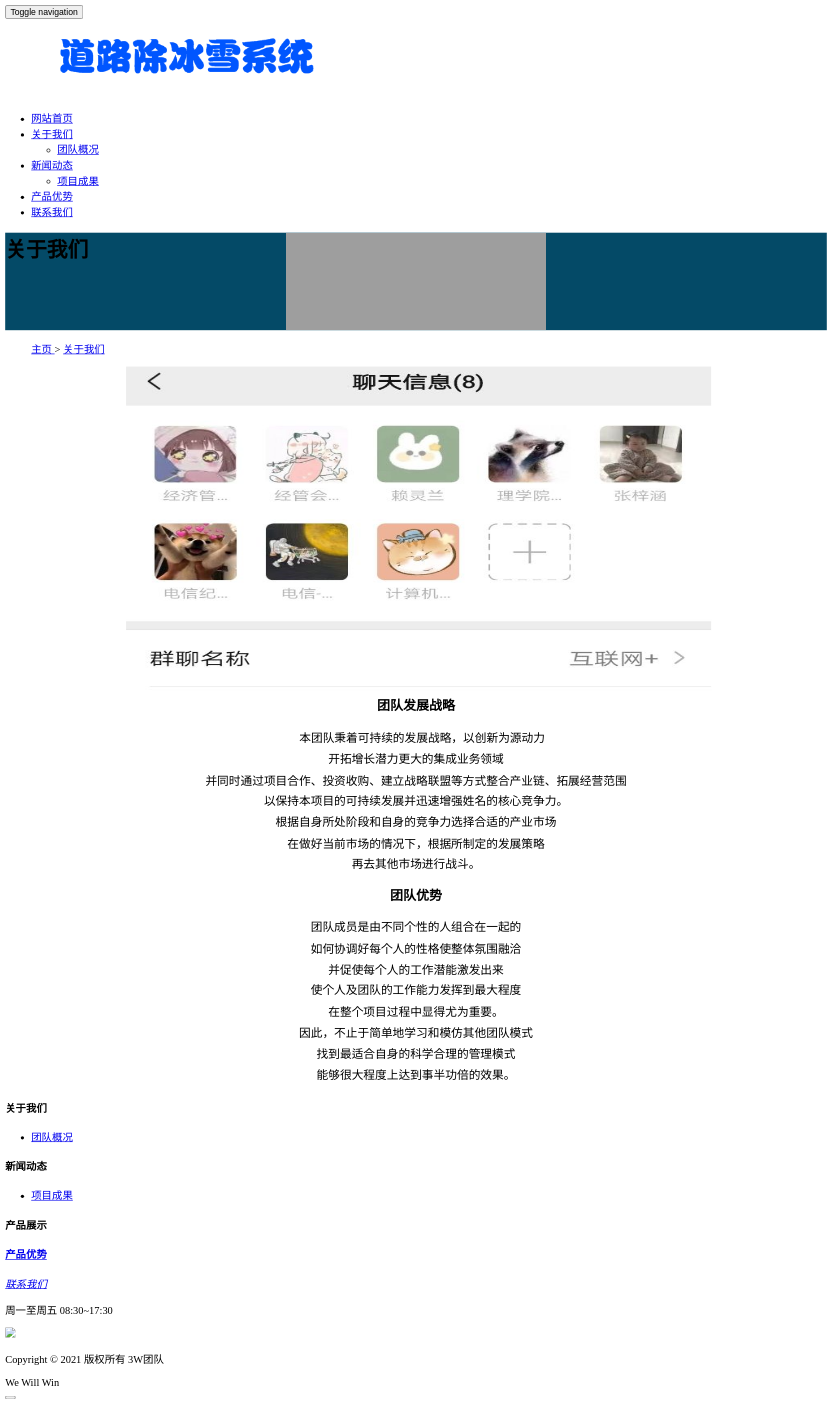
Repository: Au369/Au369
Page: about.html
The author's editor kept a copy of each file at every save. The page is drawn from the files as they stood at one save, then again after the next save.
The browser window is 1280 px wide. The pictures show the whole page, at 65% of full size.
Pictures or frames that could not be fetched are drawn as grey boxes. The page's requests for data from a server got no answer.

Above is the page before, as saved 2021-06-07 11:25:16.

### about.html
<!DOCTYPE HTML>
<html>



<head>
        <meta name="renderer" content="webkit">
        <meta charset="utf-8" />
        <meta http-equiv="X-UA-Compatible" content="IE=edge,chrome=1">
        <meta name="viewport" content="width=device-width, initial-scale=1.0, user-scalable=0, minimal-ui">
        <meta name="generator" content="dede58 5.3.9" data-variable="" />
        <title>
            关于我们
        </title>
        <meta name="keywords" content="" />
        <meta name="description" content="" />
        <link rel="stylesheet" href="css/3af1bf1fa0061831.css">
        <!--[if lt IE 10]>
            <script src="js/media.match.min.js">
            </script>
            <script src="js/respond.min.js">
            </script>
            <script src="js/classlist.min.js">
            </script>
        <![endif]-->
    </head>

    <body>
        <!--[if lte IE 8]>
            <div class="text-center padding-top-50 padding-bottom-50 bg-blue-grey-100">
                <p class="browserupgrade font-size-18">
                    你正在使用一个
                    <strong>
                        过时
                    </strong>
                    的浏览器。请
                    <a href="http://browsehappy.com/" target="_blank">
                        升级您的浏览器
                    </a>
                    ，以提高您的体验。
                </p>
            </div>
        <![endif]-->
           <nav class="navbar navbar-default met-nav " role="navigation">
            <div class="container">
                <div class="row">
                    <div class="navbar-header">
                        <button type="button" class="navbar-toggle hamburger collapsed" data-target="#example-navbar-default-collapse"
                        data-toggle="collapse">
                            <span class="sr-only">
                                Toggle navigation
                            </span>
                            <span class="hamburger-bar">
                            </span>
                        </button>
                        <a href="index.html" class="navbar-brand navbar-logo vertical-align" title="道路除雪系统">
                            <div class="vertical-align-middle">
                                <img src="images/logo.png" alt="道路除雪系统"
                                title="道路除雪系统" />
                            </div>
                        </a>
                    </div>
                    <div class="collapse navbar-collapse navbar-collapse-toolbar" id="example-navbar-default-collapse">
                        <ul class="nav navbar-nav navbar-right navlist">
                            <li>
                                <a href="index.html" title="网站首页" class="link">
                                    网站首页
                                </a>
                            </li>
                            <li class="dropdown margin-left-20">
                                <a class="dropdown-toggle link " data-toggle="dropdown" data-hover="dropdown"
                                href="about.html" aria-expanded="false" role="button" title="关于我们">
                                    关于我们
                                    <i class="fa fa-angle-down small">
                                    </i>
                                </a>
                                <ul class="dropdown-menu dropdown-menu-right bullet" role="menu">
                                    <li>
                                        <a href="about.html" title="团队概况">
                                            团队概况
                                        </a>
                                    </li>


                                </ul>
                            </li>
                            <li class="dropdown margin-left-20">
                                <a class="dropdown-toggle link " data-toggle="dropdown" data-hover="dropdown"
                                href="news.html" aria-expanded="false" role="button" title="新闻动态">
                                    新闻动态
                                    <i class="fa fa-angle-down small">
                                    </i>
                                </a>
                                <ul class="dropdown-menu dropdown-menu-right bullet" role="menu">

                                    <li>
                                        <a href="#" title="项目成果">
                                            项目成果
                                        </a>
                                    </li>

                                </ul>
                            </li>

                            <li class="margin-left-20">
                                <a href="case.html" title="产品优势" class="link ">
                                   产品优势
                                </a>
                            </li>
                            <li class="margin-left-20">
                                <a href="contact.html" title="联系我们" class="link ">
                                    联系我们
                                </a>
                            </li>
                        </ul>
                    </div>
                </div>
            </div>
        </nav>


        <div class="met-banner-ny vertical-align text-center" style="height:150px;background: url(images/gy.jpg) center center no-repeat;background-color:#044a67;">
            <h1 class="vertical-align-middle">
                关于我们
            </h1>
        </div>
        <div class="met-position  ">
            <div class="container">
                <div class="row">
                    <ol class="breadcrumb">
                        <a href='index.html'>
                            主页
                        </a>
                        >
                        <a href='about.html'>
                            关于我们
                        </a>
                    </ol>
                </div>
            </div>
        </div>

        <section class="met-show animsition">
            <div class="container">
                <div class="row">
                    <div>
                        <div>
                            <div style="text-align: center;">
                                &nbsp;
                                <img src="images/all1.jpg" style="font-family: 'Segoe UI', 'Lucida Grande', Helvetica, Arial, 'Microsoft YaHei', FreeSans, Arimo, 'Droid Sans', 'wenquanyi micro hei', 'Hiragino Sans GB', 'Hiragino Sans GB W3', Roboto, Arial, sans-serif; font-size: 18px; line-height: 32.4px; box-sizing: border-box; border: 0px; vertical-align: middle; max-width: 100%; height: 506px; display: inline; width: 900px;"
                                title="all1.jpg" />
                            </div>
                            <p style="box-sizing: border-box; margin: 0px 0px 16px; font-family: 'Segoe UI', 'Lucida Grande', Helvetica, Arial, 'Microsoft YaHei', FreeSans, Arimo, 'Droid Sans', 'wenquanyi micro hei', 'Hiragino Sans GB', 'Hiragino Sans GB W3', Roboto, Arial, sans-serif; font-size: 20px; line-height: 32.4px; text-align: center;">
                                <span style="box-sizing: border-box; line-height: 1.42857;font-weight:bold">
                                    团队发展战略
                                </span>

                            </p>
                            <p style="box-sizing: border-box; margin: 0px 0px 16px; font-family: 'Segoe UI', 'Lucida Grande', Helvetica, Arial, 'Microsoft YaHei', FreeSans, Arimo, 'Droid Sans', 'wenquanyi micro hei', 'Hiragino Sans GB', 'Hiragino Sans GB W3', Roboto, Arial, sans-serif; font-size: 18px; line-height: 32.4px; text-align: center;">
                                <span style="box-sizing: border-box; line-height: 1.42857;">
                                      &nbsp&nbsp&nbsp
                                      本团队秉着可持续的发展战略，以创新为源动力</br>
                                      开拓增长潜力更大的集成业务领域</br>
                                      并同时通过项目合作、投资收购、建立战略联盟等方式整合产业链、拓展经营范围</br>
                                      以保持本项目的可持续发展并迅速增强姓名的核心竞争力。</br>
                                      根据自身所处阶段和自身的竞争力选择合适的产业市场</br>
                                      在做好当前市场的情况下，根据所制定的发展策略</br>
                                      再去其他市场进行战斗。
                                </span>
                            </p>
                            <p style="box-sizing: border-box; margin: 0px 0px 16px; font-family: 'Segoe UI', 'Lucida Grande', Helvetica, Arial, 'Microsoft YaHei', FreeSans, Arimo, 'Droid Sans', 'wenquanyi micro hei', 'Hiragino Sans GB', 'Hiragino Sans GB W3', Roboto, Arial, sans-serif; font-size: 20px; line-height: 32.4px; text-align: center;">
                                <span style="box-sizing: border-box; line-height: 1.42857;font-weight:bold">
                                    团队优势
                                </span>

                            </p>
                            <p style="box-sizing: border-box; margin: 0px 0px 16px; font-family: 'Segoe UI', 'Lucida Grande', Helvetica, Arial, 'Microsoft YaHei', FreeSans, Arimo, 'Droid Sans', 'wenquanyi micro hei', 'Hiragino Sans GB', 'Hiragino Sans GB W3', Roboto, Arial, sans-serif; font-size: 18px; line-height: 32.4px; text-align: center;">
                                团队成员是由不同个性的人组合在一起的</br>
                                如何协调好每个人的性格使整体氛围融洽</br>
                                并促使每个人的工作潜能激发出来</br>
                                使个人及团队的工作能力发挥到最大程度</br>
                                在整个项目过程中显得尤为重要。</br>
                                因此，不止于简单地学习和模仿其他团队模式</br>
                                找到最适合自身的科学合理的管理模式</br>
                                能够很大程度上达到事半功倍的效果。

                            </p>




                        </div>
                    </div>
                </div>
            </div>
        </section>

            <div class="met-footnav text-center">
            <div class="container">
                <div class="row mob-masonry">
                    <div class="col-md-2 col-sm-3 col-xs-6 list masonry-item">
                        <h4>
                            关于我们
                        </h4>
                        <ul>
                            <li>
                                <a href="#" title="团队概况">
                                   团队概况
                                </a>
                            </li>

                        </ul>
                    </div>
                    <div class="col-md-2 col-sm-3 col-xs-6 list masonry-item">
                        <h4>
                            新闻动态
                        </h4>
                        <ul>
                            <li>
                                <a href="#" title="项目成果">
                                    项目成果
                                </a>
                            </li>

                        </ul>
                    </div>
                    <div class="col-md-2 col-sm-3 col-xs-6 list masonry-item">
                        <h4>
                            产品展示
                        </h4>
                        <!--
                        <ul>
                            <li>
                                <a href="#" title="营销型网站">
                                    营销型网站
                                </a>
                            </li>
                            <li>
                                <a href="#" title="响应式网站">
                                    响应式网站
                                </a>
                            </li>
                            <li>
                                <a href="#" title="电子商务型网站">
                                    电子商务型网站
                                </a>
                            </li>
                            <li>
                                <a href="#" title="外贸型网站">
                                    外贸型网站
                                </a>
                            </li>
                            <li>
                                <a href="#" title="企业型网站">
                                    企业型网站
                                </a>
                            </li>
                        </ul>
                    -->
                    </div>
                    <div class="col-md-2 col-sm-3 col-xs-6 list masonry-item">
                        <h4>
                        <a href="case.html" title="产品优势">
                            产品优势
                        </a>
                        </h4>
                        <ul>
                        </ul>
                    </div>
                    <div class="col-md-3 col-ms-12 col-xs-12 info masonry-item">
                        <em>
                            <a href="tel:10086" title="联系我们">
                                联系我们
                            </a>
                        </em>
                        <p>
                            周一至周五 08:30~17:30
                        </p>
                        <a id="met-weixin">
                            <i class="fa fa-weixin light-green-700">
                            </i>
                        </a>
                        <div id="met-weixin-content" class="hide">
                            <div class="text-center met-weixin-img">
                                <img src="#" />
                            </div>
                        </div>
                        <a href="http://crm2.qq.com/page/portalpage/wpa.php?uin=123456789&amp;aty=0&amp;a=0&amp;curl=&amp;ty=1"
                        rel="nofollow" target="_blank">
                            <i class="fa fa-qq">
                            </i>
                        </a>
                        <a href="#" rel="nofollow" target="_blank">
                            <i class="fa fa-weibo red-600">
                            </i>
                        </a>
                    </div>
                </div>
            </div>
        </div>
        <footer>

               <div class="container text-center">
                <p>
                    Copyright &copy; 2021 版权所有 3W团队
                </p>

                <div class="powered_by_metinfo">
                   We Will Win
                </div>
            </div>
        </footer>
        <button type="button" class="btn btn-icon btn-ftop btn-squared met-scroll-top hide">
            <i class="icon wb-chevron-up" aria-hidden="true">
            </i>
        </button>
        <script src="js/d4cff3922527a903.js">
        </script>
    </body>

    </body>



</html>

Loaded but not shown: js/d4cff3922527a903.js (library); css/3af1bf1fa0061831.css (no copy from this time; the picture is the same without it)

After the next save:
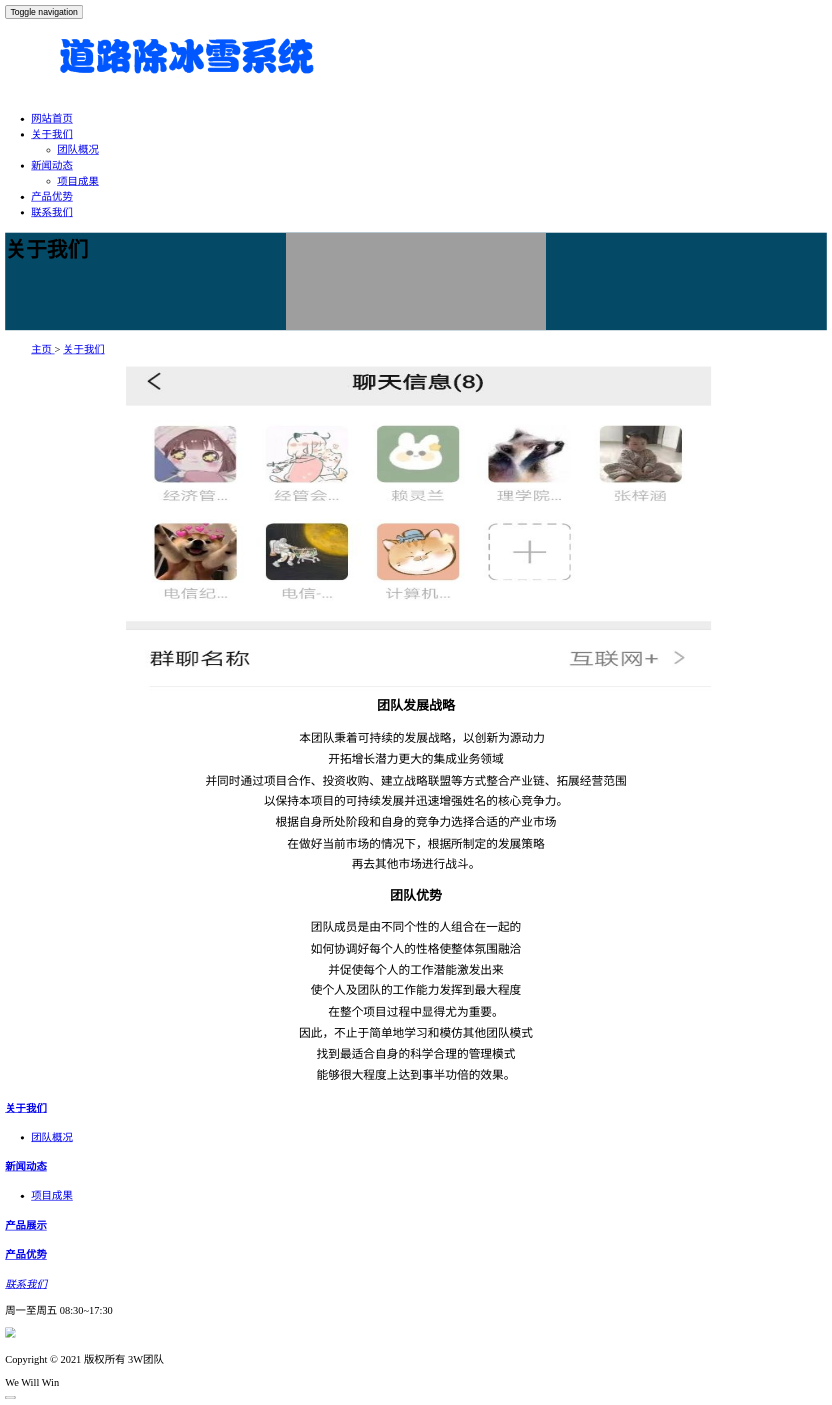
Saved 4 min 51 s later.
--- a/about.html
+++ b/about.html
@@ -200,11 +200,13 @@
                 <div class="row mob-masonry">
                     <div class="col-md-2 col-sm-3 col-xs-6 list masonry-item">
                         <h4>
+                          <a href="about.html" title="关于我们">
                             关于我们
+                            </a>
                         </h4>
                         <ul>
                             <li>
-                                <a href="#" title="团队概况">
+                                <a href="about.html" title="团队概况">
                                    团队概况
                                 </a>
                             </li>
@@ -213,11 +215,13 @@
                     </div>
                     <div class="col-md-2 col-sm-3 col-xs-6 list masonry-item">
                         <h4>
+                        <a href="news.html" title="新闻动态">
                             新闻动态
+                        </a>
                         </h4>
                         <ul>
                             <li>
-                                <a href="#" title="项目成果">
+                                <a href="news.html" title="项目成果">
                                     项目成果
                                 </a>
                             </li>
@@ -226,7 +230,9 @@
                     </div>
                     <div class="col-md-2 col-sm-3 col-xs-6 list masonry-item">
                         <h4>
+                        <a href="case.html" title="产品展示">
                             产品展示
+                        </a>
                         </h4>
                         <!--
                         <ul>
